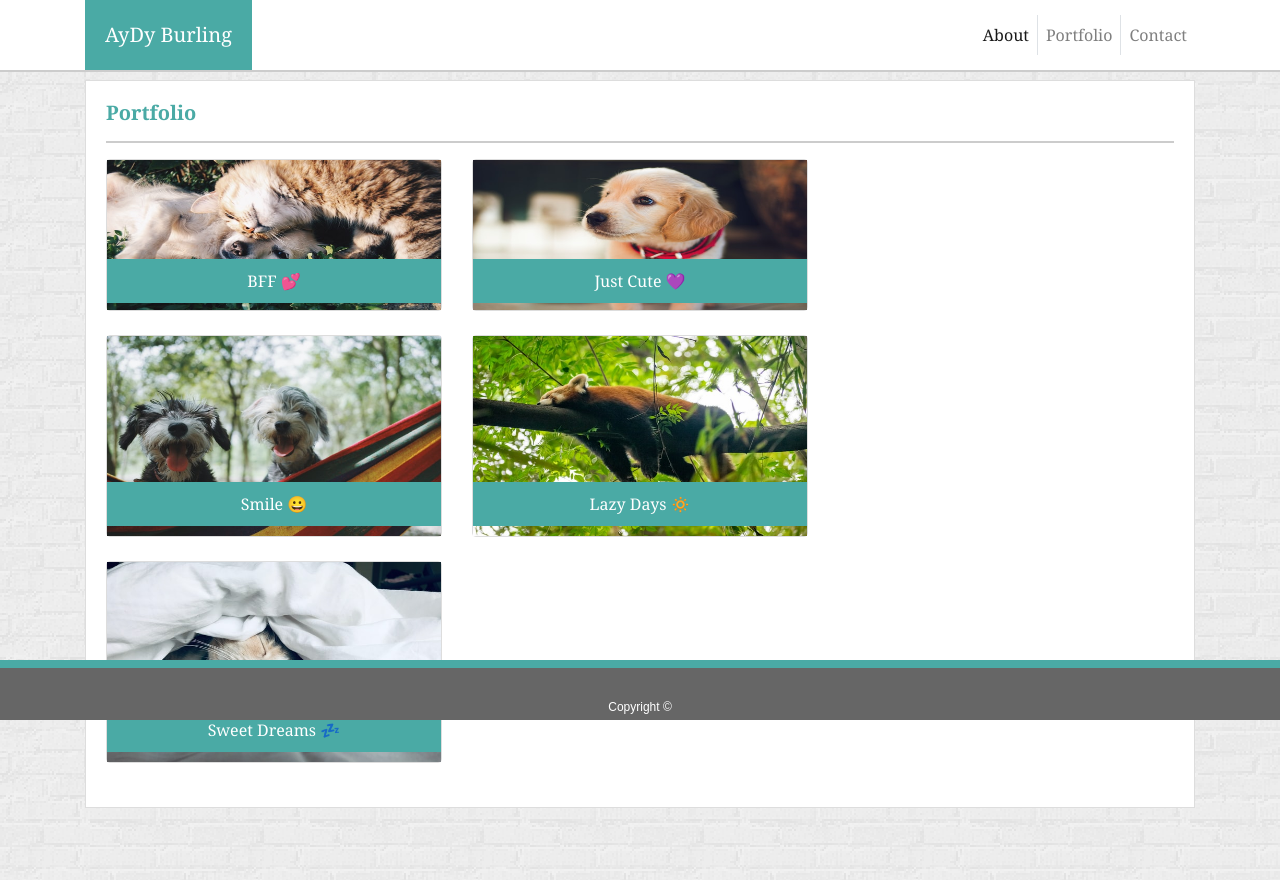
Repository: Dee1985/AyDy-Burling-prework
Page: Module-1_Assessment/portfolio.html
An editor plug-in stored every save of this project. The page is shown before and after the next save, followed by the edit.
The browser window is 1280 px wide. The pictures show the whole page.

Above is the page before, as saved 2020-05-22 23:32:39.

After the next save:
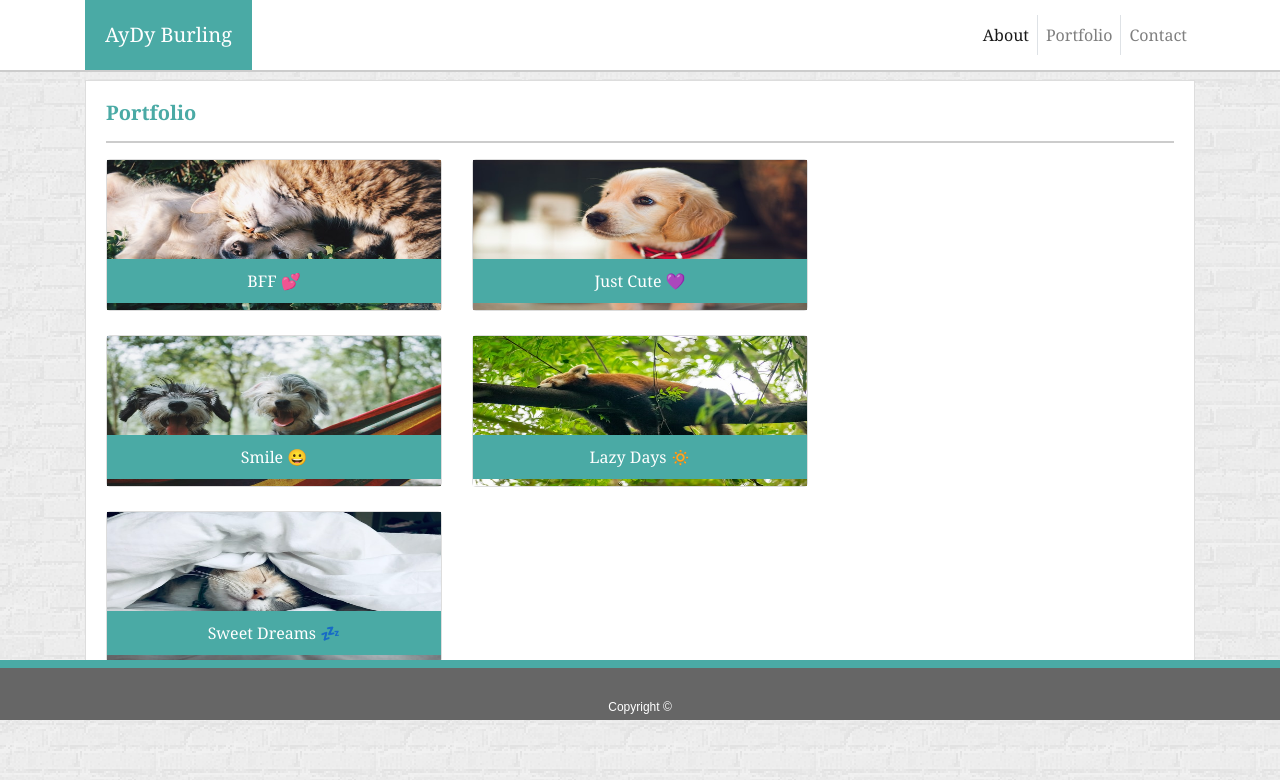
Saved 92 s later.
--- a/Module-1_Assessment/portfolio.html
+++ b/Module-1_Assessment/portfolio.html
@@ -67,7 +67,7 @@
                <!-- second card -->
                 <div class="col-4 mb-4">
                             <div class="card text-white">
-                                <img src="assets/img/berkay-gumustekin-ngqyo2AYYnE-unsplash.jpg" width="100%" height="150px" alt="puppy pic">
+                                <img src="assets/img/berkay-gumustekin-ngqyo2AYYnE-unsplash.jpg"  height="150px" alt="puppy pic">
                                 <div class="card-heading text-center">
                                     Just Cute 💜
                                 </div>
@@ -78,7 +78,7 @@
             <div class="row">
               <div class="col-4 mb-4">
                             <div class="card text-white">
-                                <img src="assets/img/alvan-nee-FHl79chXS6s-unsplash.jpg" width="100%" height="200px" alt="two dogs smiling">
+                                <img src="assets/img/alvan-nee-FHl79chXS6s-unsplash.jpg" width="100%" height="150px" alt="two dogs smiling">
                                 <div class="card-heading text-center">
                                     Smile 😀
                                 </div>
@@ -87,7 +87,7 @@
                <!-- fourth card -->
                    <div class="col-4 mb-4">
                             <div class="card text-white">
-                                <img src="assets/img/chris-curry-GYpsSWHslHA-unsplash.jpg" width="100%" height="200px" alt="animal sleeping on branch">
+                                <img src="assets/img/chris-curry-GYpsSWHslHA-unsplash.jpg"  height="150px" alt="animal sleeping on branch">
                                 <div class="card-heading text-center">
                                     Lazy Days 🔅
                                 </div>
@@ -98,7 +98,7 @@
                <div class="row justify-content-start">
                    <div class="col-4 mb-4">
                             <div class="card text-white">
-                                <img src="assets/img/kate-stone-matheson-uy5t-CJuIK4-unsplash.jpg" width="100%" height="200px" alt="cat under a blanket">
+                                <img src="assets/img/kate-stone-matheson-uy5t-CJuIK4-unsplash.jpg" height="150px" alt="cat under a blanket">
                                 <div class="card-heading text-center">
                                     Sweet Dreams 💤
                                 </div>
